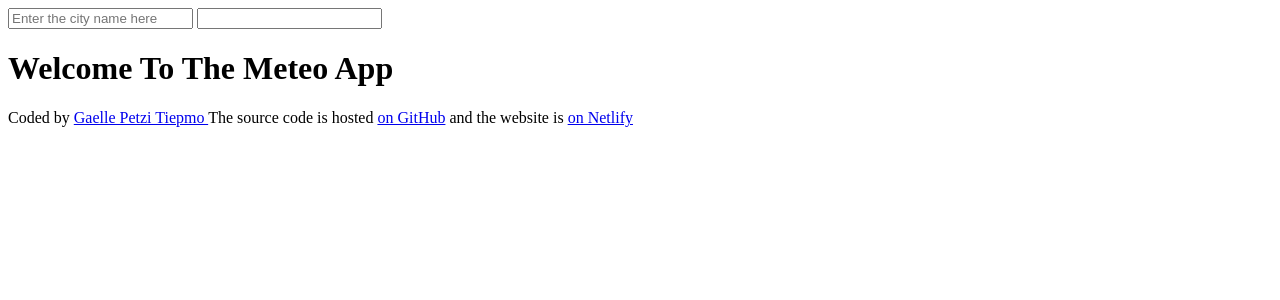
Repository: OnwardForward/meteo.by.gaelle
Page: meteo.appbygaelle.html
These files come from the project's save history. The page is drawn as it stood at one moment and after the next save; the edit follows.
The browser window is 1280 px wide. The pictures show the whole page.

Above is the page before, as saved 2024-04-18 13:45:43.

### meteo.appbygaelle.html
<!DOCTYPE html>
<html lang="en">
<head>
    <meta charset="UTF-8">
    <meta name="viewport" content="width=device-width, initial-scale=1.0">
    <title>Meteo By Gaelle</title>
</head>
<body>
   <header>
    <form>
        <input type="search" placeholder="Enter the city name here" required />
        <input type=""
    </form>

   </header>



    <h1>Welcome To The Meteo App</h1>
</body>
<footer>
    Coded by <a href="https://github.com/OnwardForward" target="_blank"> Gaelle Petzi Tiepmo </a>
    The source code is hosted <a href="https://github.com/OnwardForward/meteo.by.gaelle" target="_blank">on GitHub</a>
    and the website is <a href="https://meteo-app-by-gaellept.netlify.app/" target="_blank"> on Netlify</a>
</footer>
</html>

After the next save:
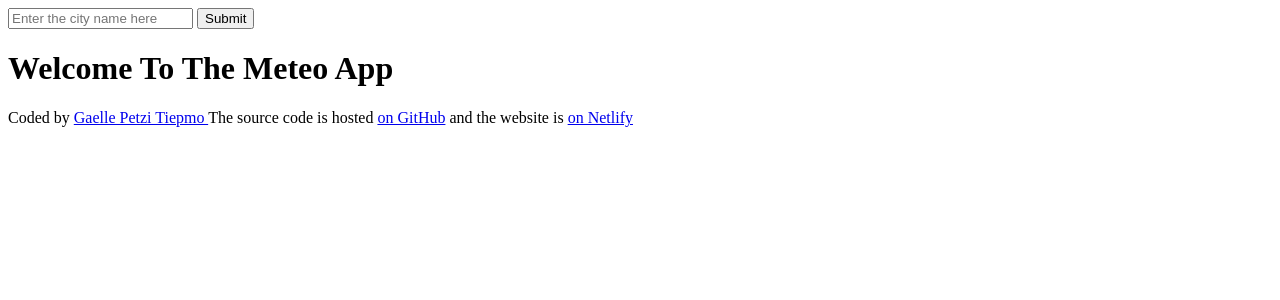
Saved 4 s later.
--- a/meteo.appbygaelle.html
+++ b/meteo.appbygaelle.html
@@ -9,7 +9,7 @@
    <header>
     <form>
         <input type="search" placeholder="Enter the city name here" required />
-        <input type=""
+        <input type="submit"
     </form>
 
    </header>
